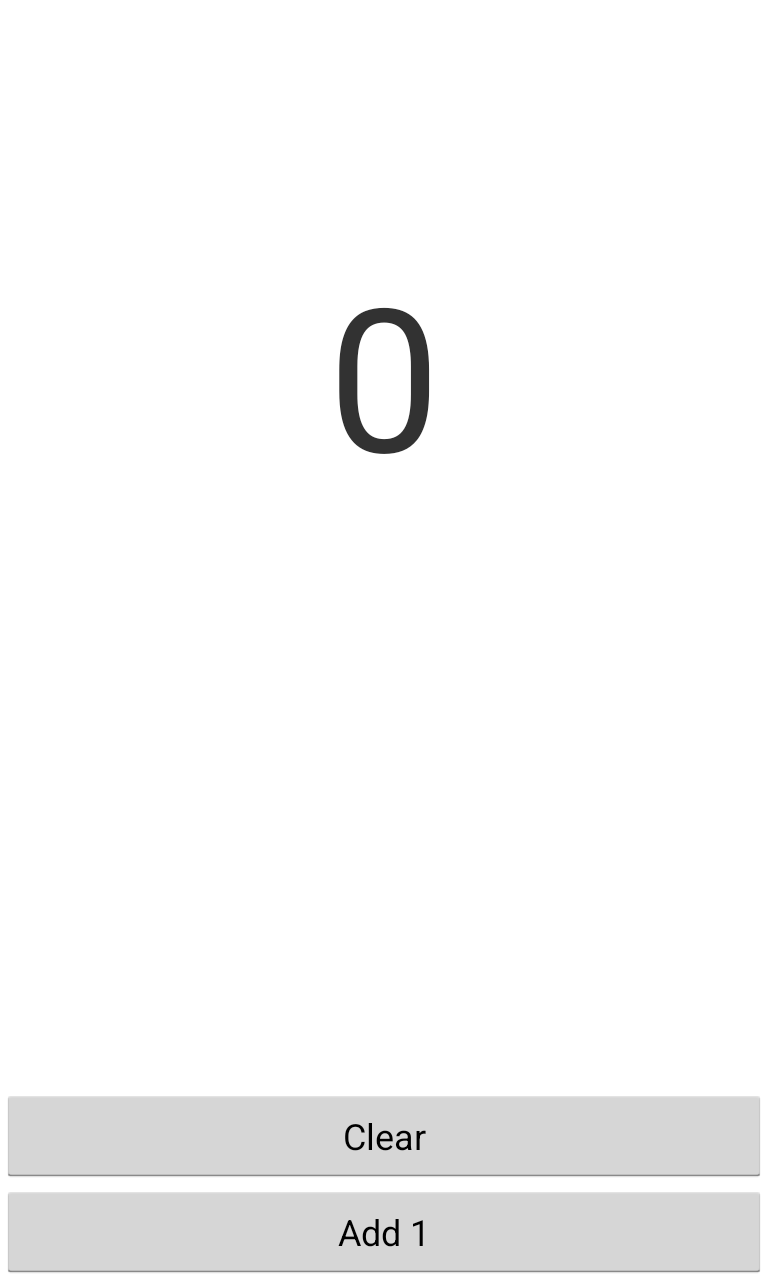
Repository: phedavkar/android_class
Layout: Counter/res/layout/main.xml
An editor plug-in stored every save of this project. The layout is shown before and after the next save, followed by the edit.
It is drawn on a 768 x 1280 px phone screen (xhdpi) without system bars, with theme AppTheme; the app's code is not run.

Above is the layout before, as saved 2014-04-08 18:06:26.

### Counter/res/layout/main.xml
<?xml version="1.0" encoding="utf-8"?>
<RelativeLayout xmlns:android="http://schemas.android.com/apk/res/android"
    android:layout_width="match_parent"
    android:layout_height="match_parent" >

    <TextView
        android:id="@+id/counterView"
        android:layout_width="wrap_content"
        android:layout_height="wrap_content"
        android:layout_alignParentTop="true"
        android:layout_centerHorizontal="true"
        android:layout_marginTop="120dp"
        android:textSize="100sp"
        android:text="0" />

    <Button
        android:id="@+id/increment"
        android:layout_width="fill_parent"
        android:layout_height="wrap_content"
        android:layout_alignParentBottom="true"
        android:layout_centerHorizontal="true"
        android:text="@string/increment" />

    <Button
        android:id="@+id/clear"
        android:layout_width="fill_parent"
        android:layout_height="wrap_content"
        android:layout_above="@+id/increment"
        android:text="Clear" />

</RelativeLayout>

### Counter/res/values/strings.xml
<resources>

    <string name="app_name">Counter</string>
    <string name="increment">Add 1</string>

</resources>

Loaded but not shown: Counter/res/values/styles.xml (common file); Counter/res/values-v11/styles.xml (common file); Counter/res/values-v14/styles.xml (common file)

After the next save:
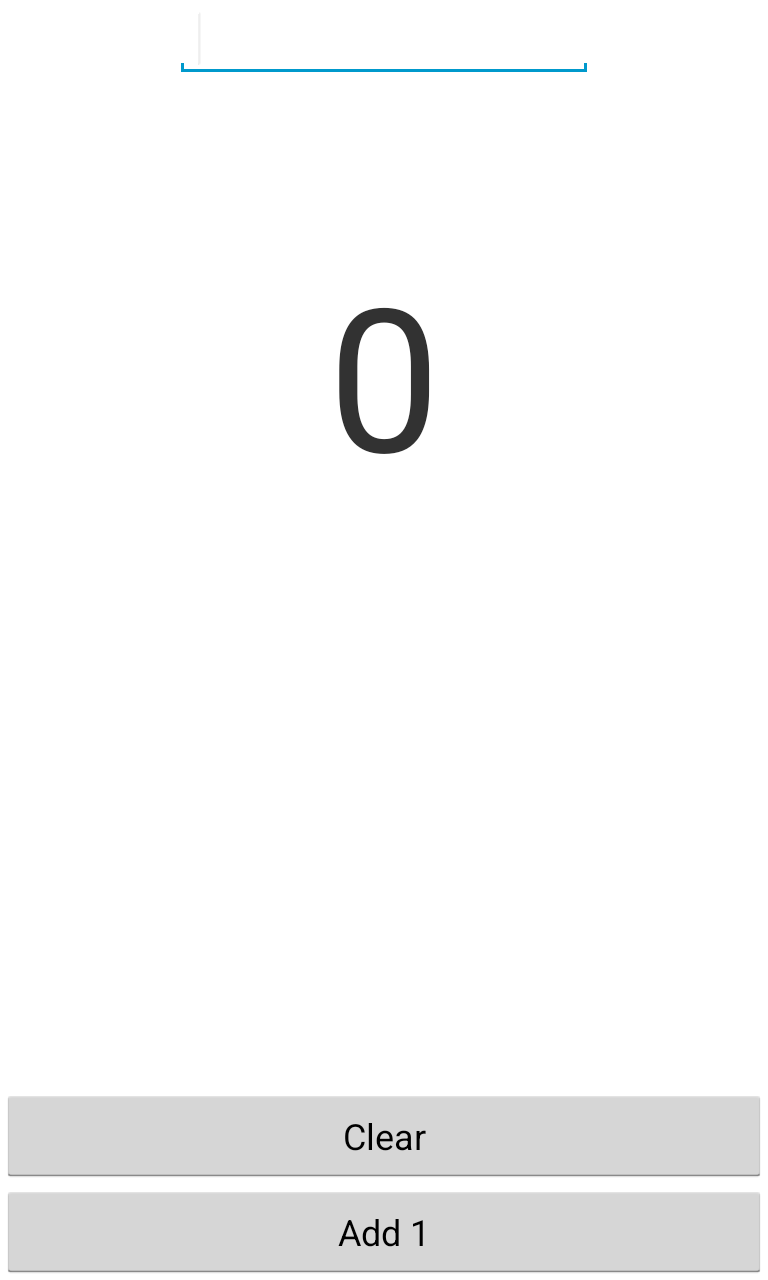
Saved 5 min 13 s later.
--- a/Counter/res/layout/main.xml
+++ b/Counter/res/layout/main.xml
@@ -28,4 +28,16 @@
         android:layout_above="@+id/increment"
         android:text="Clear" />
 
+    <EditText
+        android:id="@+id/input"
+        android:layout_width="wrap_content"
+        android:layout_height="wrap_content"
+        android:layout_alignParentTop="true"
+        android:layout_centerHorizontal="true"
+        android:ems="10"
+        android:inputType="number" >
+
+        <requestFocus />
+    </EditText>
+
 </RelativeLayout>
